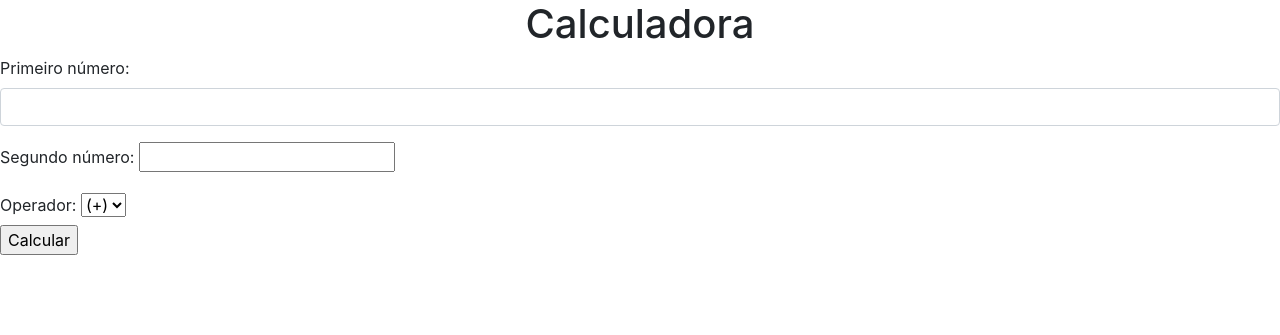
Repository: babirms/DAC
Page: Calculadora/WebContent/home.html
An editor plug-in stored every save of this project. The page is shown before and after the next save, followed by the edit.
The browser window is 1280 px wide. The pictures show the whole page.

Above is the page before, as saved 2020-09-20 22:32:39.
Console error (its wording comes from the project's code and is left out).

### Calculadora/WebContent/home.html
<!DOCTYPE html>
<html>
<head>
<meta charset="ISO-8859-1">
<title>Calculadora - Página Inicial</title>
<link href="bootstrap/css/bootstrap.min.css" rel="stylesheet"
	type="text/css" />
<script type="text/javascript" src="bootstrap/js/bootstrap.min.js"></script>
</head>
<body>
	<center>
		<h1>Calculadora</h1>
	</center>
	<form action="CalculadoraServlet" method="get">
		<div class="form-group">
			<label for="primeiroNum">Primeiro número: </label> <input
				type="number" class="form-control" name="primeiroValue"
				id="primeiroNum ">
		</div>
		<div class="form-group">
			<label for="segundoNum">Segundo número: </label> <input type="number"
				id="segundoNum" name="segundoValue">
		</div>
		<label>Operador: </label> <select name="operacao">
			<option value="soma">(+)</option>
			<option value="sub">(-)</option>
			<option value="mul">(*)</option>
			<option value="div">(/)</option>
		</select> <br> <input type="submit" value="Calcular">
	</form>


</body>
</html>

Loaded but not shown: Calculadora/WebContent/bootstrap/css/bootstrap.min.css (library); Calculadora/WebContent/bootstrap/js/bootstrap.min.js (library)

After the next save:
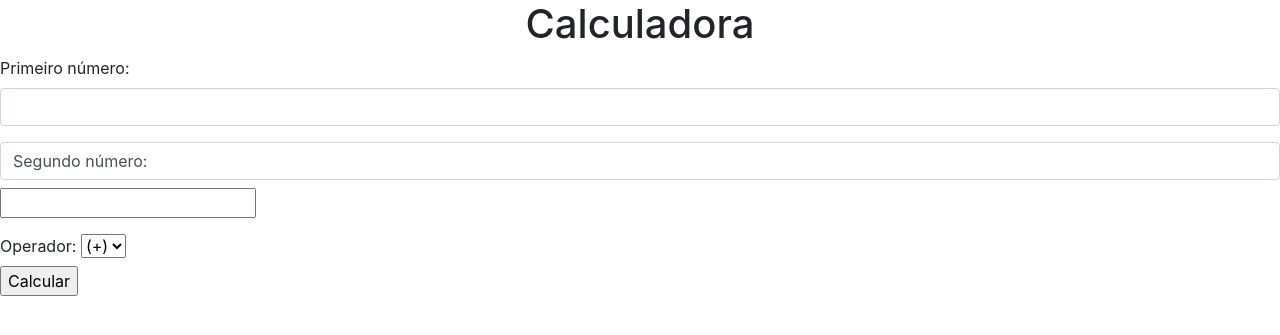
Saved 8 s later.
--- a/Calculadora/WebContent/home.html
+++ b/Calculadora/WebContent/home.html
@@ -18,7 +18,7 @@
 				id="primeiroNum ">
 		</div>
 		<div class="form-group">
-			<label for="segundoNum">Segundo número: </label> <input type="number"
+			<label for="segundoNum" class="form-control">Segundo número: </label> <input type="number"
 				id="segundoNum" name="segundoValue">
 		</div>
 		<label>Operador: </label> <select name="operacao">
